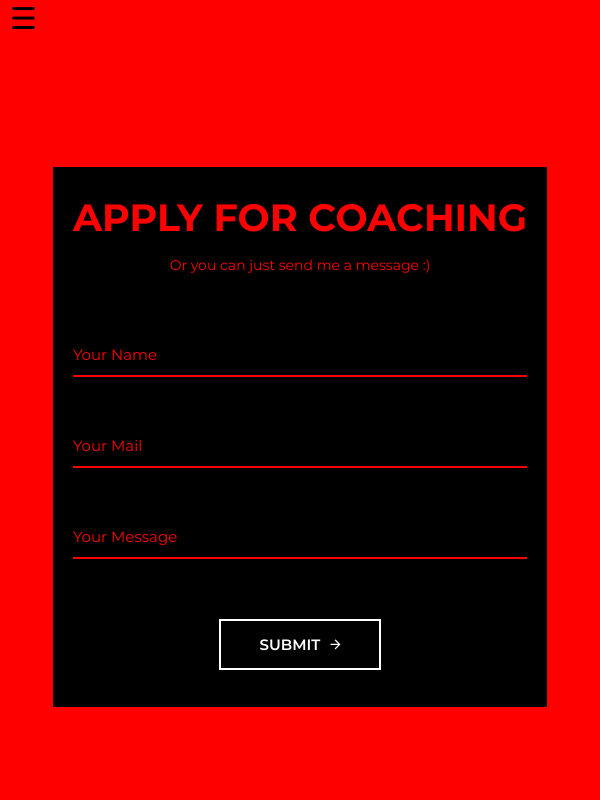
Repository: mamadont/MamadouFitnessWebsite
Page: pages-html/contact-me.html
The author's editor kept a copy of each file at every save. The page is drawn from the files as they stood at one save, then again after the next save.
The browser window is 600 px wide. The pictures show the whole page.
Some web libraries are served in a nearby version.

Above is the page before, as saved 2020-07-07 01:28:30.

After the next save:
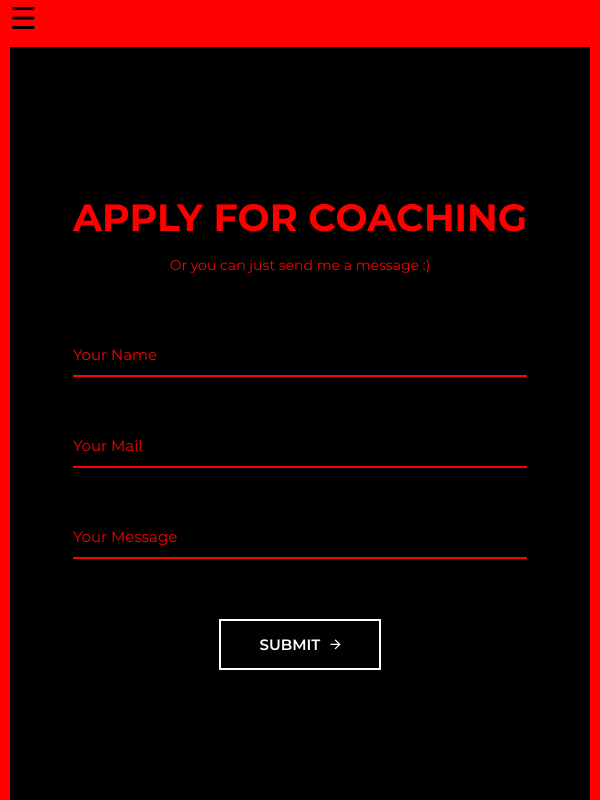
Saved 32 s later.
--- a/pages-css/contact.css
+++ b/pages-css/contact.css
@@ -340,6 +340,10 @@ button:hover i {
         -ms-box-shadow: none;
         -o-box-shadow: none;
     }
+    .wrapper {
+        background: black;
+        border: 10px solid red;
+    }
 }
 
 
